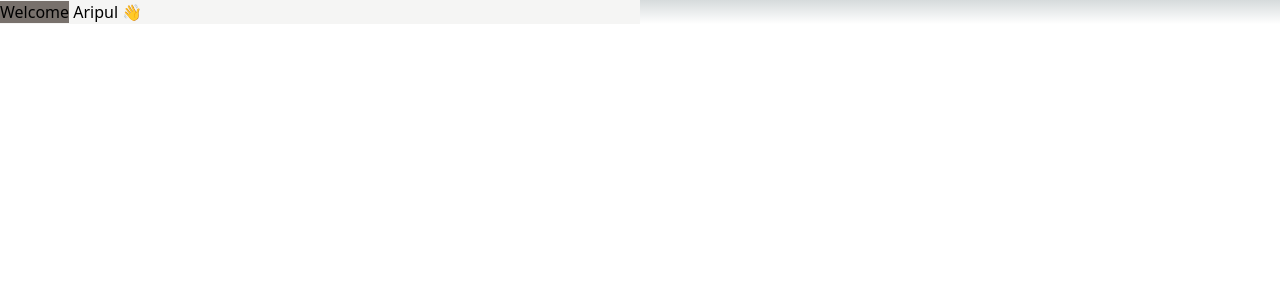
Repository: mehedi9465/nextapp
Page: /Dashboard
These files come from the project's save history. The page is drawn as it stood at one moment and after the next save; the edit follows.
The browser window is 1280 px wide. The pictures show the whole page.
The project was rebuilt for these pictures with package versions that can differ from the ones it lists, and the page was loaded fresh each time. The framework's server and built-in components were replaced by stand-ins that run in the browser. Also part of the build but not shown: next.config.js, Components/Navbar.js.

Above is the page before, as saved 2023-03-04 14:47:08.

After the next save:
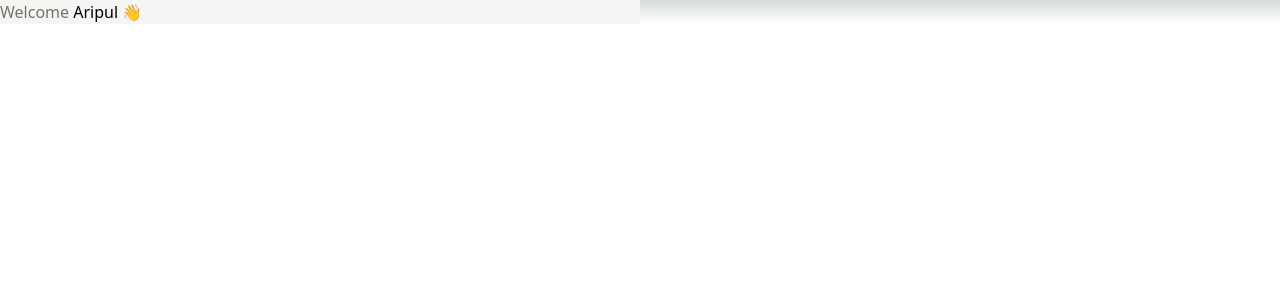
Saved 7 s later.
--- a/pages/Dashboard/index.js
+++ b/pages/Dashboard/index.js
@@ -10,7 +10,7 @@ const index = () => {
       <div className="max-w-screen-sm bg-stone-100 text-black">
         <div className="flex">
           <h2>
-            <span className="bg-stone-500">Welcome</span> Aripul 👋
+            <span className="text-stone-500">Welcome</span> Aripul 👋
           </h2>
         </div>
         <div></div>
